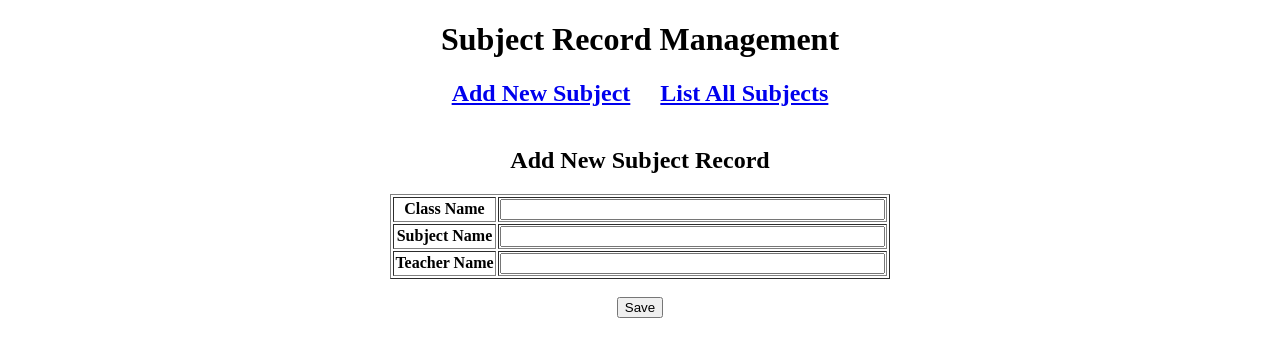
Repository: ashkumar661/Phase-2-Project
Page: http://localhost/crud-example/subject-form.jsp
An editor plug-in stored every save of this project. The page is shown before and after the next save, followed by the edit.
The browser window is 1280 px wide. The pictures show the whole page.
The page is served by Tomcat 9. Other server files are loaded and not shown.

Above is the page before, as saved 2022-05-19 02:37:25.

### crud-example/src/main/webapp/subject-form.jsp
<%@ page language="java" contentType="text/html; charset=ISO-8859-1"
	pageEncoding="ISO-8859-1"%>
<%@ taglib prefix="c" uri="http://java.sun.com/jsp/jstl/core"%>
<!DOCTYPE HTML PUBLIC "-//W3C//DTD HTML 4.01 Transitional//EN" "http://www.w3.org/TR/html4/loose.dtd">
<html>
<head>
<title>Learner's Academy</title>
</head>
<body>
	<center>
		<h1>Subject Record Management</h1>
		<h2>
			<a href="<%=request.getContextPath()%>/newSubject">Add New
				Subject</a> &nbsp;&nbsp;&nbsp; <a
				href="<%=request.getContextPath()%>/listSubject">List All
				Subjects</a>

		</h2>
		<c:if test="${userSubject != null}">
			<form action="updateSubject" method="post">
		</c:if>
		<c:if test="${userSubject == null}">
			<form action="insertSubject" method="post">
		</c:if>
		<table border="1">
			<caption>
				<h2>
					<c:if test="${userSubject != null}">
                        Edit Subject Record
                    </c:if>
					<c:if test="${userSubject == null}">
                        Add New Subject Record
                    </c:if>
				</h2>
			</caption>
			<c:if test="${userSubject != null}">
				<input type="hidden" name="id"
					value="<c:out value='${userSubject.id}' />" />
			</c:if>
			<tr>
				<th>Class Name</th>
				<td><input type="text" name="cName" size="45"
					value="<c:out value='${userSubject.className}' />" /></td>
			</tr>
			<tr>
				<th>Subject Name</th>
				<td><input type="text" name="sName" size="45"
					value="<c:out value='${userSubject.subName}' />" /></td>
			</tr>
			<tr>
				<th>Teacher Name</th>
				<td><input type="text" name="tName" size="45"
					value="<c:out value='${userSubject.name}' />" /></td>
			</tr>
		</table>
		<br> <input type="submit" value="Save" />
		</form>
	</center>
</body>
</html>

After the next save:
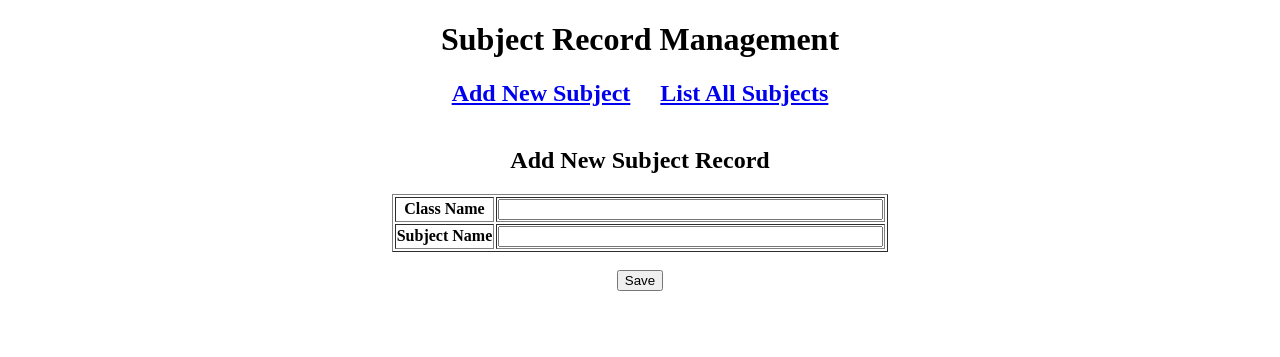
Saved 23 s later.
--- a/crud-example/src/main/webapp/subject-form.jsp
+++ b/crud-example/src/main/webapp/subject-form.jsp
@@ -47,11 +47,6 @@
 				<td><input type="text" name="sName" size="45"
 					value="<c:out value='${userSubject.subName}' />" /></td>
 			</tr>
-			<tr>
-				<th>Teacher Name</th>
-				<td><input type="text" name="tName" size="45"
-					value="<c:out value='${userSubject.name}' />" /></td>
-			</tr>
 		</table>
 		<br> <input type="submit" value="Save" />
 		</form>
